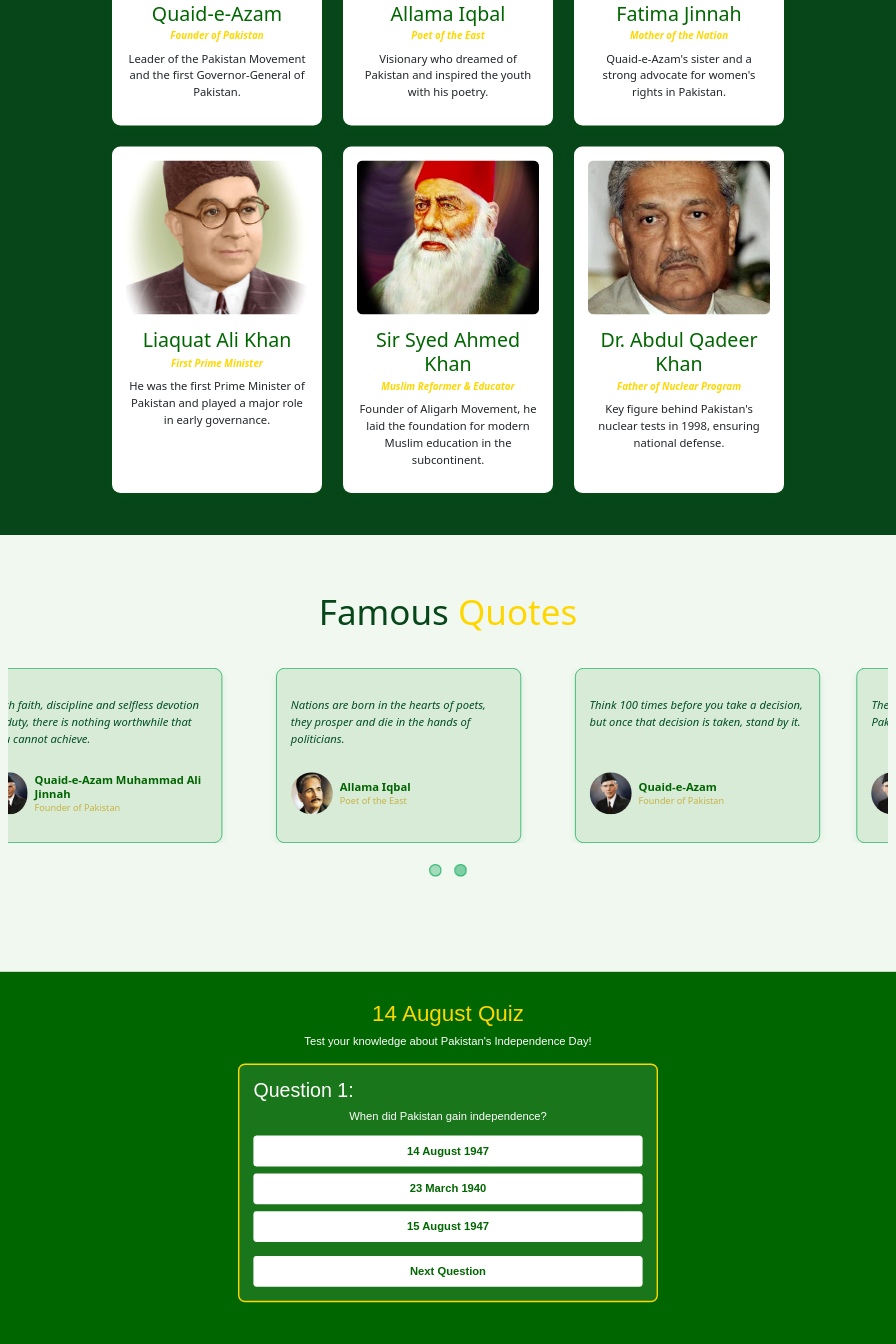
Repository: memonmuhammadali98/Pakistan-Independence-Day
Page: index.html
An editor plug-in stored every save of this project. The page is shown before and after a run of saves, followed by the edit.
The browser window is 1280 px wide. The pictures show the part of the page from y = 3466 to 5386 px (the page is 5386 px tall), at 70% of full size.

Above is the page before, as saved 2025-08-09 16:29:14.
Console error: TypeError: Cannot set properties of null (setting 'textContent')

After the next 2 saves:
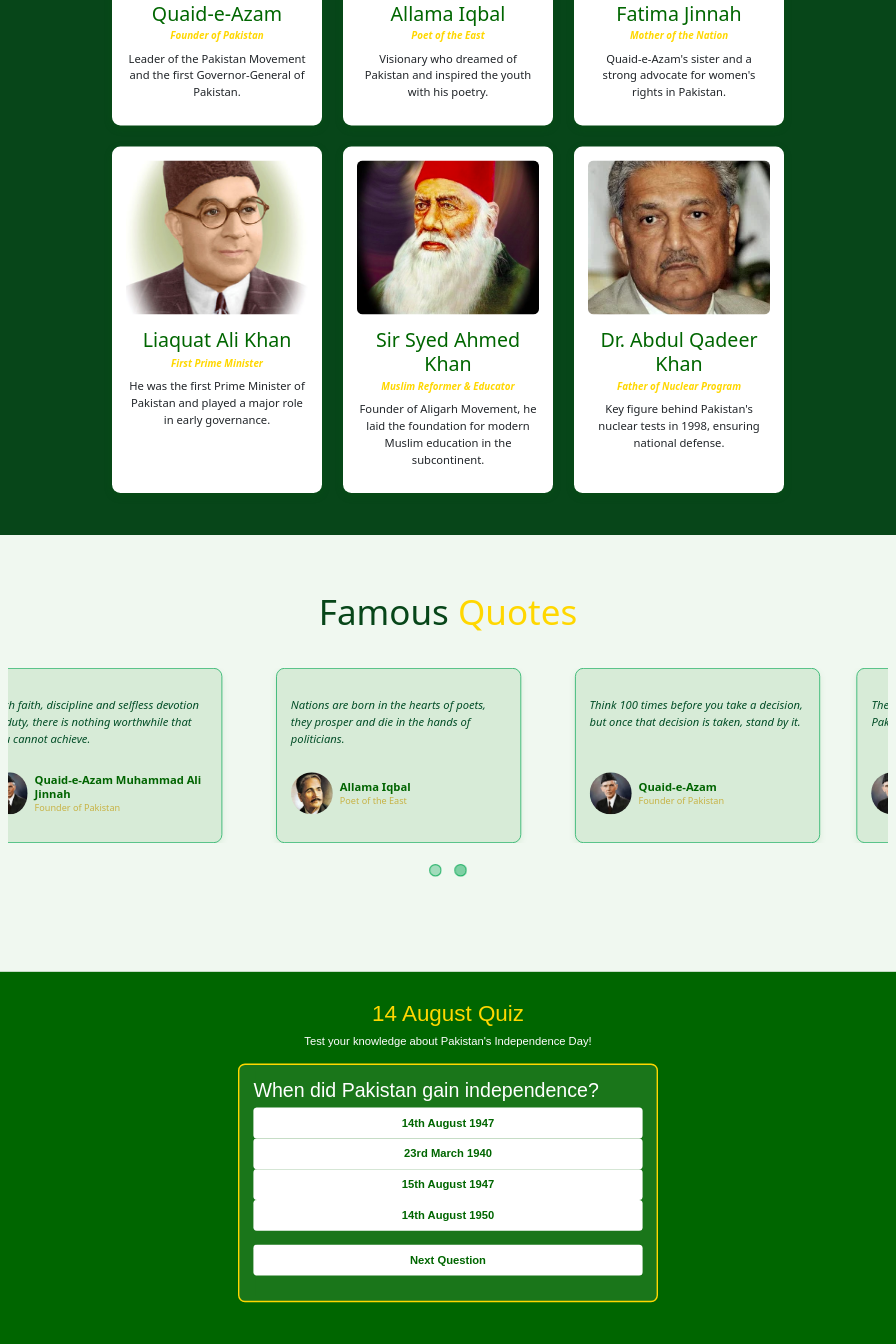
Console error: TypeError: Cannot set properties of null (setting 'innerHTML')
The 2 saves are shown as one change because they came seconds apart.
The last was saved 116 s later.
--- a/index.html
+++ b/index.html
@@ -326,21 +326,18 @@
 
     <div class="quiz-box">
       <div class="question">
-        <h3>Question 1:</h3>
-        <p>When did Pakistan gain independence?</p>
-        <ul>
-          <li><button>14 August 1947</button></li>
-          <li><button>23 March 1940</button></li>
-          <li><button>15 August 1947</button></li>
-        </ul>
+        <h3 id="question">Question text</h3>
+        <div id="options"></div>
       </div>
 
       <div class="quiz-footer">
-        <button class="next-btn">Next Question</button>
+        <button id="submit-btn" class="next-btn">Next Question</button>
+        <p id="result"></p>
       </div>
     </div>
   </div>
 </section>
+
 
 
 
